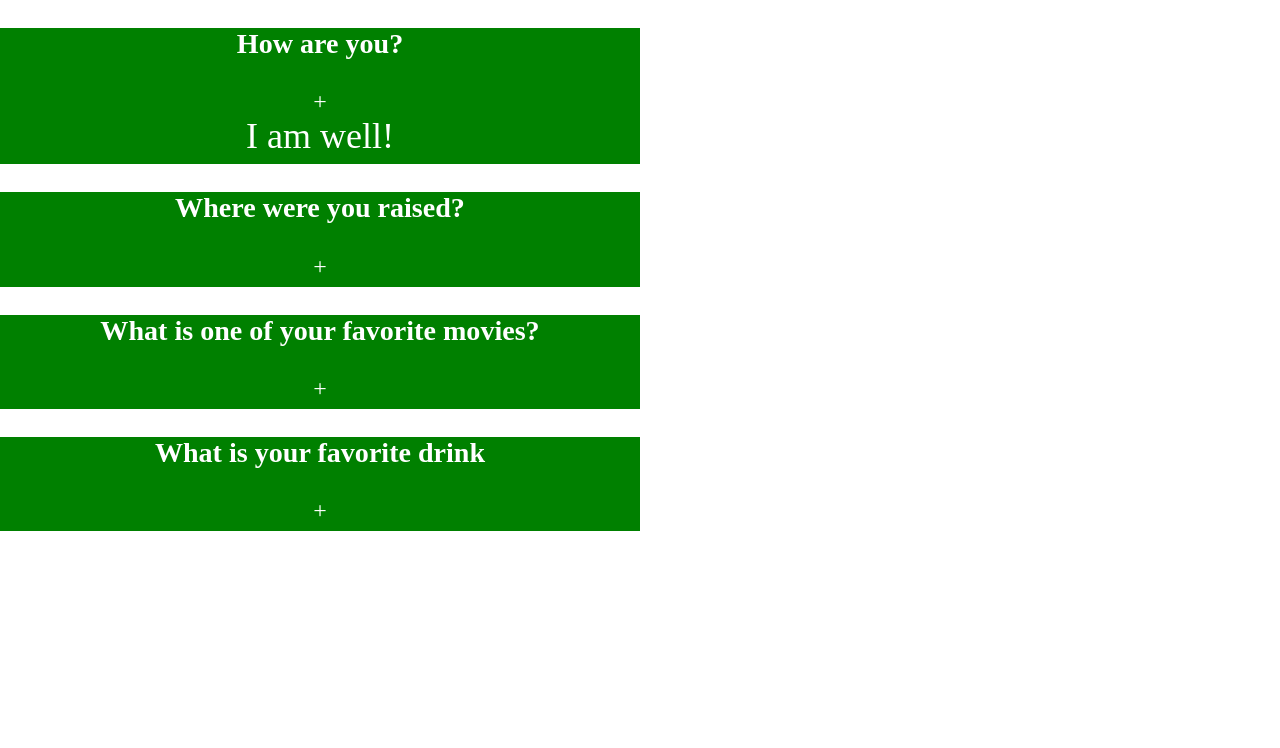
Repository: kosenijr/react-projects
Page: / (app in accordion/), after clicking the first element matching `div.title`
An editor plug-in stored every save of this project. The page is shown before and after the next save, followed by the edit.
The browser window is 1280 px wide. The pictures show the whole page.
The project was rebuilt for these pictures with package versions that can differ from the ones it lists, and the page was loaded fresh each time.

Above is the page before, as saved 2024-03-02 22:38:01.

After the next save:
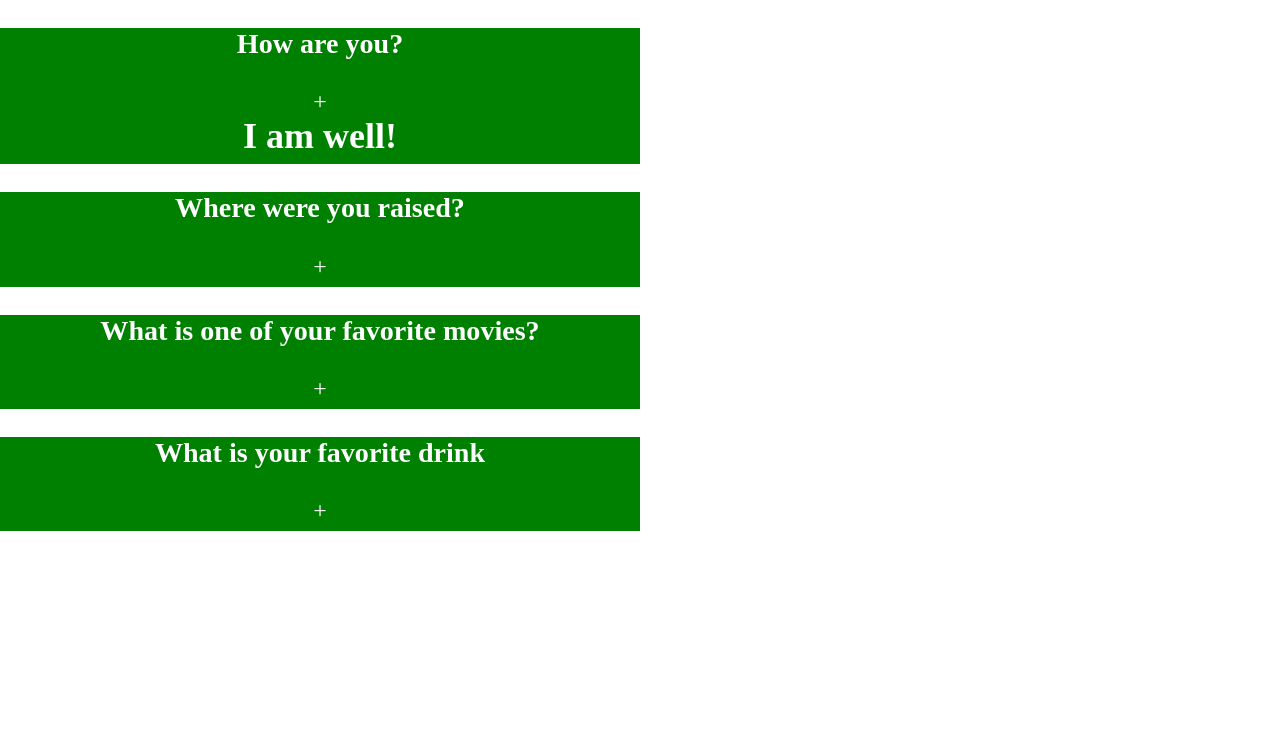
Saved 7 s later.
--- a/accordion/src/styles/Accordion.css
+++ b/accordion/src/styles/Accordion.css
@@ -18,5 +18,5 @@
 .content {
   font-size: 1.5em;
   font-family:  "Raleway", "Times New Roman";
-  font-weight: 400;
+  font-weight: 900;
 }

After the 3 saves that followed:
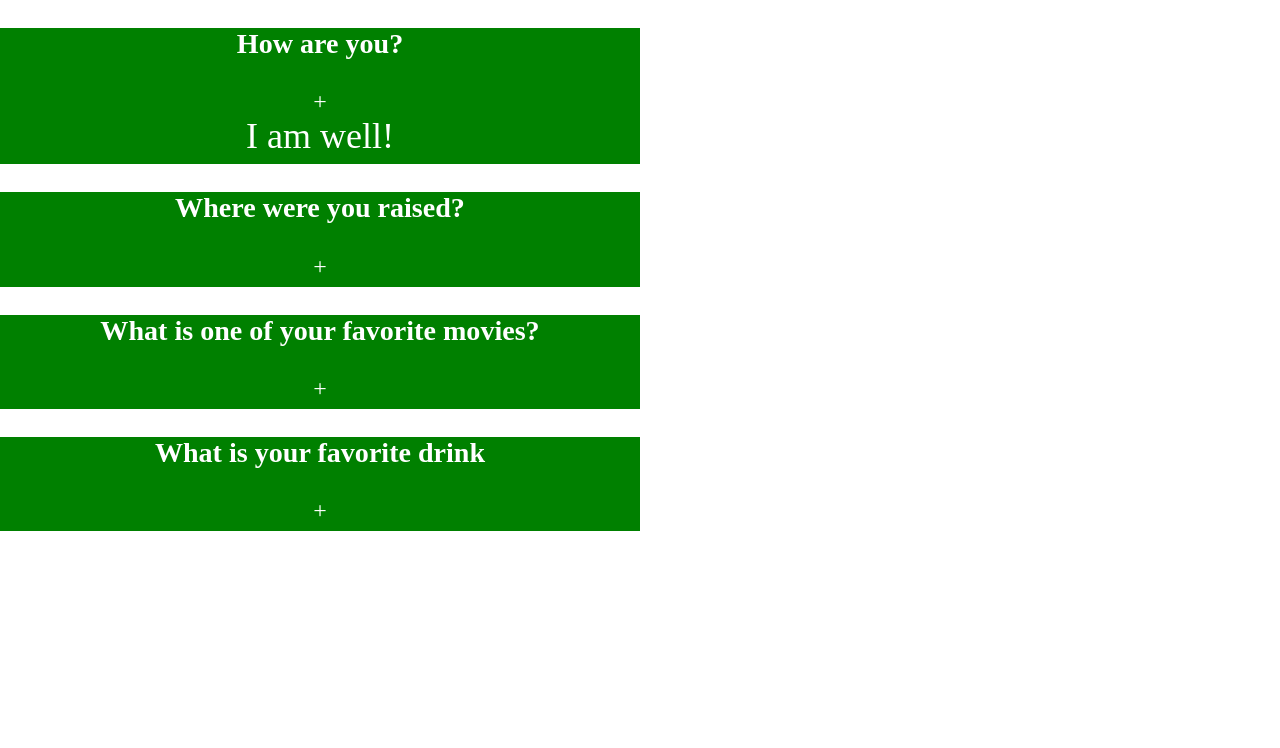
The 3 saves are shown as one change because 1 left the picture as it was and some came seconds apart.
The last was saved 15 s later.
--- a/accordion/src/styles/Accordion.css
+++ b/accordion/src/styles/Accordion.css
@@ -18,5 +18,5 @@
 .content {
   font-size: 1.5em;
   font-family:  "Raleway", "Times New Roman";
-  font-weight: 900;
+  font-weight: 500;
 }
